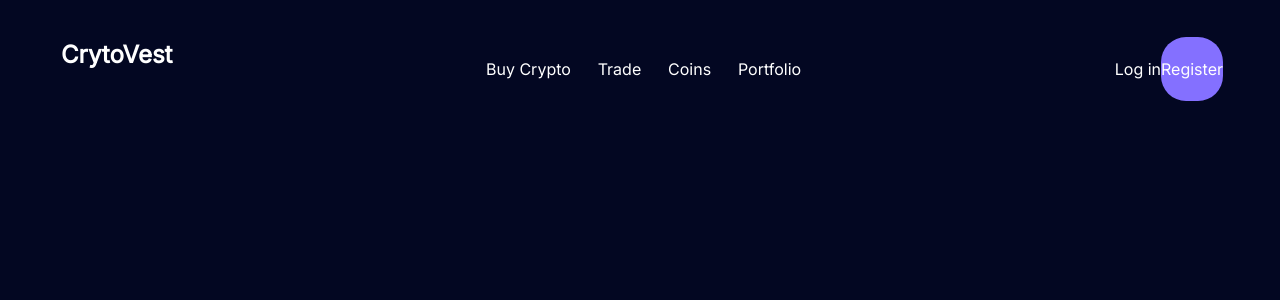
Repository: Eugene44-hub/cryptovest
Page: /
An editor plug-in stored every save of this project. The page is shown before and after the next save, followed by the edit.
The browser window is 1280 px wide. The pictures show the whole page.
The project was rebuilt for these pictures with package versions that can differ from the ones it lists, and the page was loaded fresh each time. Also part of the build but not shown: vite.config.ts.

Above is the page before, as saved 2022-07-15 16:27:09.

After the next save:
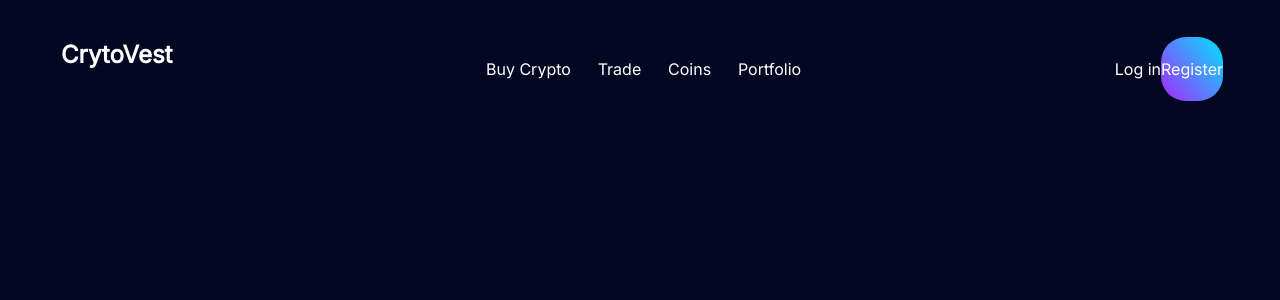
Saved 12 s later.
--- a/src/components/nav/Nav.module.scss
+++ b/src/components/nav/Nav.module.scss
@@ -4,5 +4,5 @@
 }
 
 .btn {
-    @include setBtn($purple1);
+    @include setBtn($gradient1);
 }
